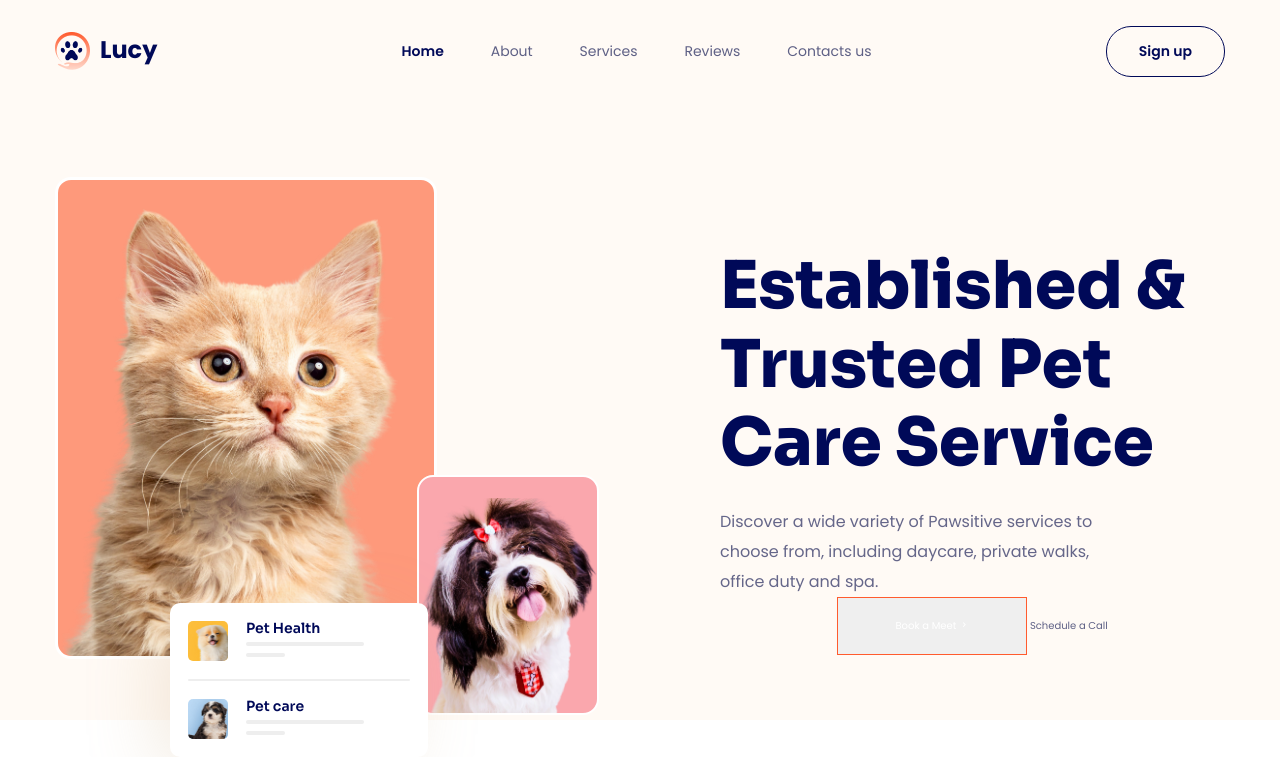
Repository: Cuongquaidan/F8projeact-04
Page: index.html
These files come from the project's save history. The page is drawn as it stood at one moment and after the next save; the edit follows.
The browser window is 1280 px wide. The pictures show the whole page.

Above is the page before, as saved 2023-04-15 10:15:50.

### index.html
<!DOCTYPE html>
<html lang="en">
    <head>
        <meta charset="UTF-8" />
        <meta http-equiv="X-UA-Compatible" content="IE=edge" />
        <meta name="viewport" content="width=device-width, initial-scale=1.0" />
        <title>F8project-4</title>
        <!-- reset css -->
        <link rel="stylesheet" href="./asset/css/reset.css" />
        <!-- font -->
        <link rel="preconnect" href="https://fonts.googleapis.com" />
        <link rel="preconnect" href="https://fonts.gstatic.com" crossorigin />
        <link
            href="https://fonts.googleapis.com/css2?family=Poppins:ital,wght@0,200;0,300;0,400;0,500;0,600;0,700;0,800;0,900;1,100;1,200;1,300;1,400;1,500;1,600;1,700;1,800;1,900&family=Sora:wght@100;200;300;400;500;600;700;800&display=swap"
            rel="stylesheet"
        />
        <!-- icon -->
        <link
            href="https://unpkg.com/boxicons@2.1.4/css/boxicons.min.css"
            rel="stylesheet"
        />

        <!-- styles -->
        <link rel="stylesheet" href="./asset/css/styles.css" />
        <link rel="stylesheet" href="./asset/css/responsive.css" />
    </head>
    <body>
        <div class="header">
            <div class="container">
                <a href="#" class="brand__link">
                    <div class="header__brand">
                        <img
                            src="./asset/img/logo.png"
                            alt="Lucy"
                            class="brand__img"
                        />
                        <span class="brand__name">Lucy</span>
                    </div>
                </a>
                <ul class="header__nav">
                    <li class="header__nav-item">
                        <a
                            href="#header"
                            class="nav-item__link nav-item--active"
                            >Home</a
                        >
                    </li>
                    <li class="header__nav-item">
                        <a href="#about" class="nav-item__link">About</a>
                    </li>
                    <li class="header__nav-item">
                        <a href="#services" class="nav-item__link">Services</a>
                    </li>
                    <li class="header__nav-item">
                        <a href="#reviews" class="nav-item__link">Reviews</a>
                    </li>
                    <li class="header__nav-item">
                        <a href="#contacts" class="nav-item__link"
                            >Contacts us</a
                        >
                    </li>
                </ul>
                <div class="header__action">
                    <button class="header__action-btn">Sign up</button>
                </div>
            </div>
            <div class="hero">
                <div class="container hero__container">
                    <div class="hero__cards">
                        <div class="cards__media">
                            <div class="cards__main-card">
                                <img src="./asset/img/pattern-1.svg" alt="pattern" class="main-card__decor">
                                <img
                                    src="./asset/img/conmeovang.png"
                                    alt="Meomeo"
                                    class="main-cards__img"
                                />
                                <img src="./asset/img/pattern-2.svg" alt="pattern" class="main-card__decor">
                            </div>
                            <div class="cards__sub-card">
                                <img
                                    src="./asset/img/conchohong.png"
                                    alt="Pets"
                                    class="sub-cards__img"
                                />
                            </div>
                        </div>
                        <div class="cards__info-card">
                            <div class="info-card__pet">
                                <div class="pet__bg-img"><img src="./asset/img/conchovang.png" alt="pets" class="pet__img"></img></div>
                                   <div class="info__inner-card">
                                    <p class="pet__title">Pet Health</p>
                                    <div class="pet__skeleton-long"></div>
                                    <div class="pet__skeleton-short"></div>
                                   </div>

                            </div>
                            <div class="seperate"></div>
                            <div class="info-card__pet">
                                <div class="pet__bg-img"> <img src="./asset/img/conchoxanh.png" alt="pets" class="pet__img"></img></div>
                                <div class="info__inner-card">
                                    <p class="pet__title">Pet care</p>
                                <div class="pet__skeleton-long"></div>
                                <div class="pet__skeleton-short"></div>
                                </div>
                            </div>
                        </div>
                    </div>
                    <section class="hero__contents">
                        <p class="hero__contents-title title">Established &
                            Trusted Pet
                            Care Service</p>
                        <p class="hero__contents-desc desc">
                            Discover a wide variety of Pawsitive services to choose from, including daycare, private walks, office duty and spa.
                        </p>
                        <div class="hero__contents-booking">
                            <button class="btn booking__btn">Book a Meet <span class="book-chevron"><i class='bx bx-chevron-right'></i></span></button>
                            <a href="#!" class="booking-call">Schedule a Call</a>
                        </div>
                    </section>
                </div>
            </div>
        </div>
        <script src="./app.js"></script>
    </body>
</html>

### asset/css/styles.css
* {
    box-sizing: border-box;
}
html {
    font-size: 62.5%;
}

:root {
    --primary-background-color: #fffaf5;
    --primary-font-tittle: "Sora", sans-serif;
    --primary-color: #000958;
}
body {
    font-size: 1.6rem;
    font-family: "Poppins", sans-serif;
}
/* comman */
input,
textarea,
select,
button {
    font-size: inherit;
    font-family: inherit;
}
a {
    text-decoration: none;
    color: #5e6085;
}
.container {
    width: 1170px;
    margin-left: auto;
    margin-right: auto;
    display: flex;
    text-align: center;
}
.title {
    color: var(--primary-color);
    font-family: "Sora", sans-serif;
    font-size: 5.2em;
    font-weight: 800;
    text-align: left;
}
.desc {
    font-weight: 400;
    font-size: 16px;
    line-height: 30px;
    text-align: left;
    color: #656689;
}
.btn {
    height: 58px;
    min-width: 190px;
    border: 1px solid #ff5b2e;
    color: #ffffff;
}
/* header */
.header {
    background-color: var(--primary-background-color);
    padding-top: 26px;
    height: 100vh;
    font-size: 1rem;
}

.header .container {
    justify-content: space-between;
}
.header__brand {
    display: flex;
    text-align: center;
    padding: 6px 0px;
}
.brand__img {
    width: 35px;
    height: auto;
    object-fit: cover;
}
.brand__name {
    color: var(--primary-color);
    font-size: 2.4em;
    font-weight: 700;
    padding: 6px 10px;
}
.header__nav {
    display: flex;
    width: 490px;
    justify-content: space-between;
    text-align: center;
}
.header__nav-item {
    padding: 18px 10px;
    font-size: 1.4em;
    color: #5e6085;
}
.nav-item--active {
    font-weight: 600;
    color: var(--primary-color);
}
.header__action-btn {
    font-size: 1.4em;
    font-weight: 600;
    padding: 14px 32px;
    border: 1px solid var(--primary-color);
    color: var(--primary-color);
    background-color: var(--primary-background-color);
    border-radius: 25px;
}
/* hero */
.hero {
    margin-top: 100px;
    font-size: 1rem;
}
.hero__container {
    display: grid;
    grid-template-columns: repeat(2, 1fr);
}
.hero__cards {
    position: relative;
}
.cards__media {
    display: flex;
    align-items: end;
}

.cards__main-card {
    position: relative;
    width: 382px;
    height: 482px;
    background-color: #fe997b;
    border: 3px solid white;
    border-radius: 16px;
}
.main-cards__img {
    position: absolute;
    bottom: 0;
    left: 0;
    max-width: 100%;
    border-radius: 16px;
}
.main-card__decor {
    position: absolute;
    z-index: -1;
    top: 17px;
    right: -35px;
}
.main-card__decor:nth-child(3) {
    position: absolute;
    top: auto;
    right: auto;
    bottom: 10px;
    left: -58px;
}

.cards__sub-card {
    position: relative;
    margin-left: -20px;
    transform: translateY(56px);
    width: 182px;
    height: 240px;
    background-color: #faa7ad;
    border: 2px solid white;
    border-radius: 16px;
}
.sub-cards__img {
    position: absolute;
    bottom: 0;
    left: 0;
    max-width: 100%;
    border-radius: 16px;
}
.cards__info-card {
    position: absolute;
    top: 426px;
    right: 212px;
    background-color: white;
    box-shadow: -17px 14px 68px -4px rgba(207, 174, 132, 0.25);
    border-radius: 10px;
}

.info-card__pet {
    display: flex;
}
.seperate {
    width: 222px;
    margin-left: 18px;
    margin-right: 18px;
    background-color: #eee;
    height: 2px;
    border-radius: 1px;
}
.pet__bg-img {
    background-color: #fdbf3d;
    margin: 18px;
    width: 40px;
    height: 40px;
    border-radius: 5px;
}
.info-card__pet:nth-child(3) .pet__bg-img {
    background-color: #bcdaf5;
}
.pet__img {
    width: 100%;
    border-radius: 5px;
}
.info__inner-card {
    margin-top: 18px;
    display: flex;
    flex-direction: column;
    align-items: start;
}
.pet__title {
    color: var(--primary-color);
    font-family: "Sora", sans-serif;
    font-size: 1.4em;
    font-weight: 600;
}
.pet__skeleton-long {
    margin-top: 7px;
    margin-bottom: 7px;
    background-color: #eee;
    border-radius: 3px;
    width: 118px;
    height: 4px;
}
.pet__skeleton-short {
    background-color: #eee;
    border-radius: 3px;
    width: 39px;
    height: 4px;
}
.hero__contents {
    padding-top: 70px;
    padding-left: 80px;
}
.hero__contents-title {
    font-size: 6.6em;
    line-height: 1.19;
    margin-bottom: 24px;
    margin-right: 30px;
}
.hero__contents-desc {
    width: 390px;
}

Loaded but not shown: asset/css/reset.css (common file); app.js (no copy from this time; the picture is the same without it); asset/css/responsive.css (no stored copy; drawn as an empty file)

After the next save:
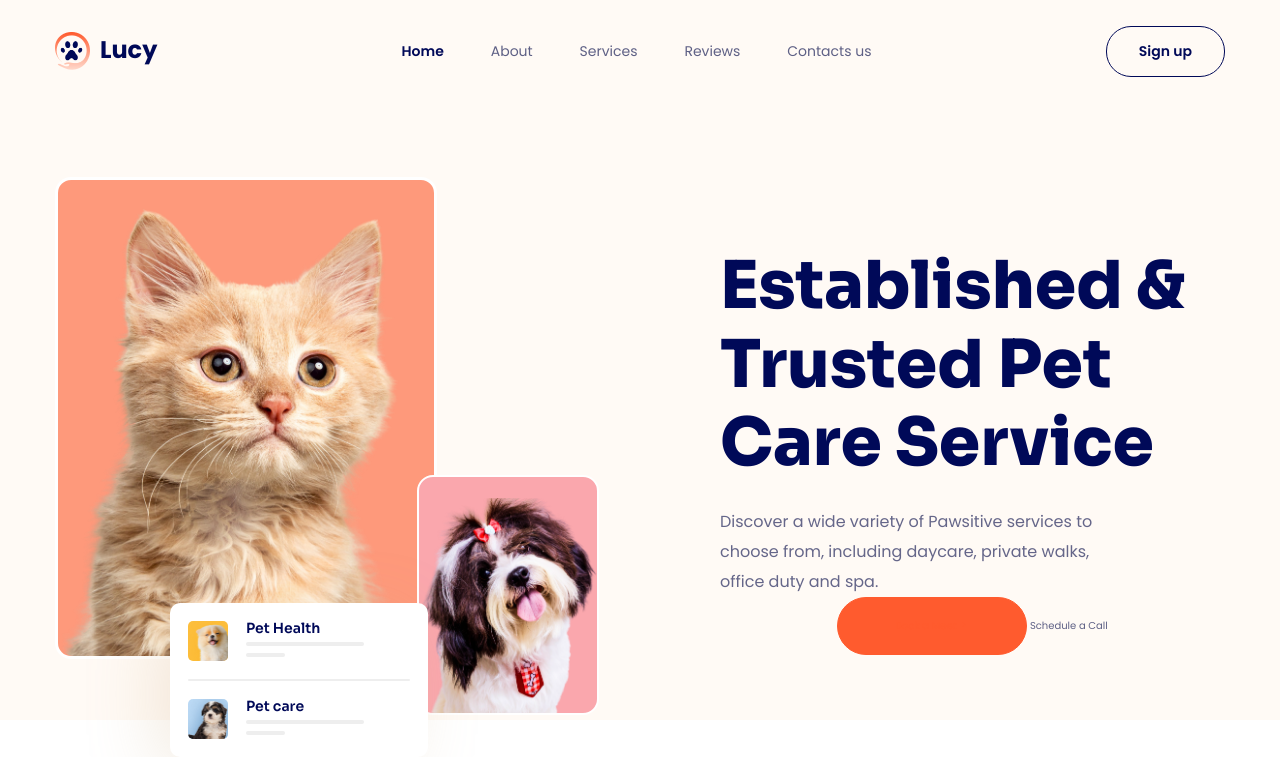
Saved 48 s later.
--- a/asset/css/styles.css
+++ b/asset/css/styles.css
@@ -51,7 +51,9 @@ a {
     height: 58px;
     min-width: 190px;
     border: 1px solid #ff5b2e;
-    color: #ffffff;
+    color: #ff5b2e;
+    background-color: #ff5b2e;
+    border-radius: 31px;
 }
 /* header */
 .header {
